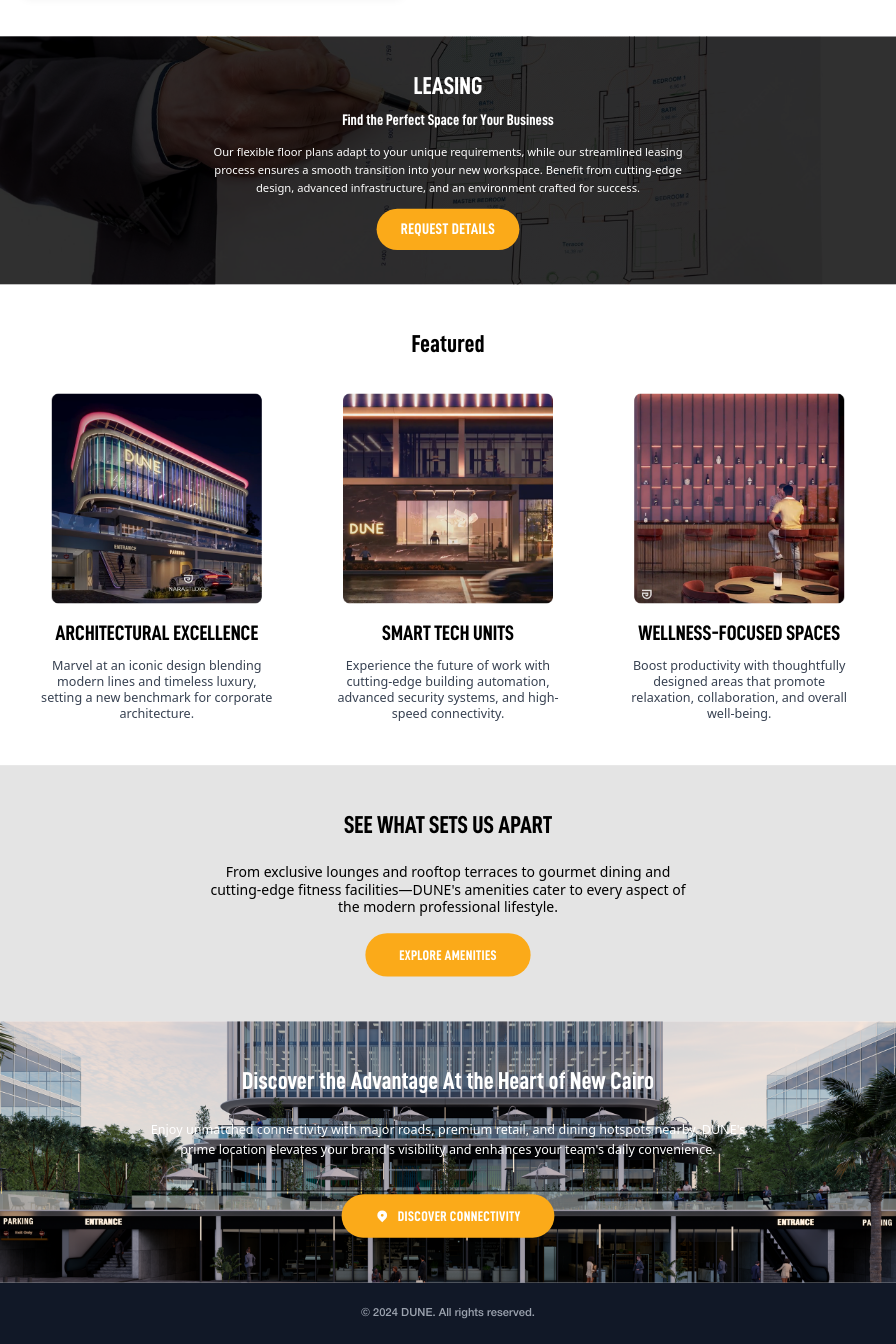
Repository: ahmedassr5765/dune
Page: index.html
An editor plug-in stored every save of this project. The page is shown before and after a run of saves, followed by the edit.
The browser window is 1280 px wide. The pictures show the part of the page from y = 2053 to 3973 px (the page is 3973 px tall), at 70% of full size.
Some web libraries are served in a nearby version.

Above is the page before, as saved 2025-07-12 19:11:15.

After the next 2 saves:
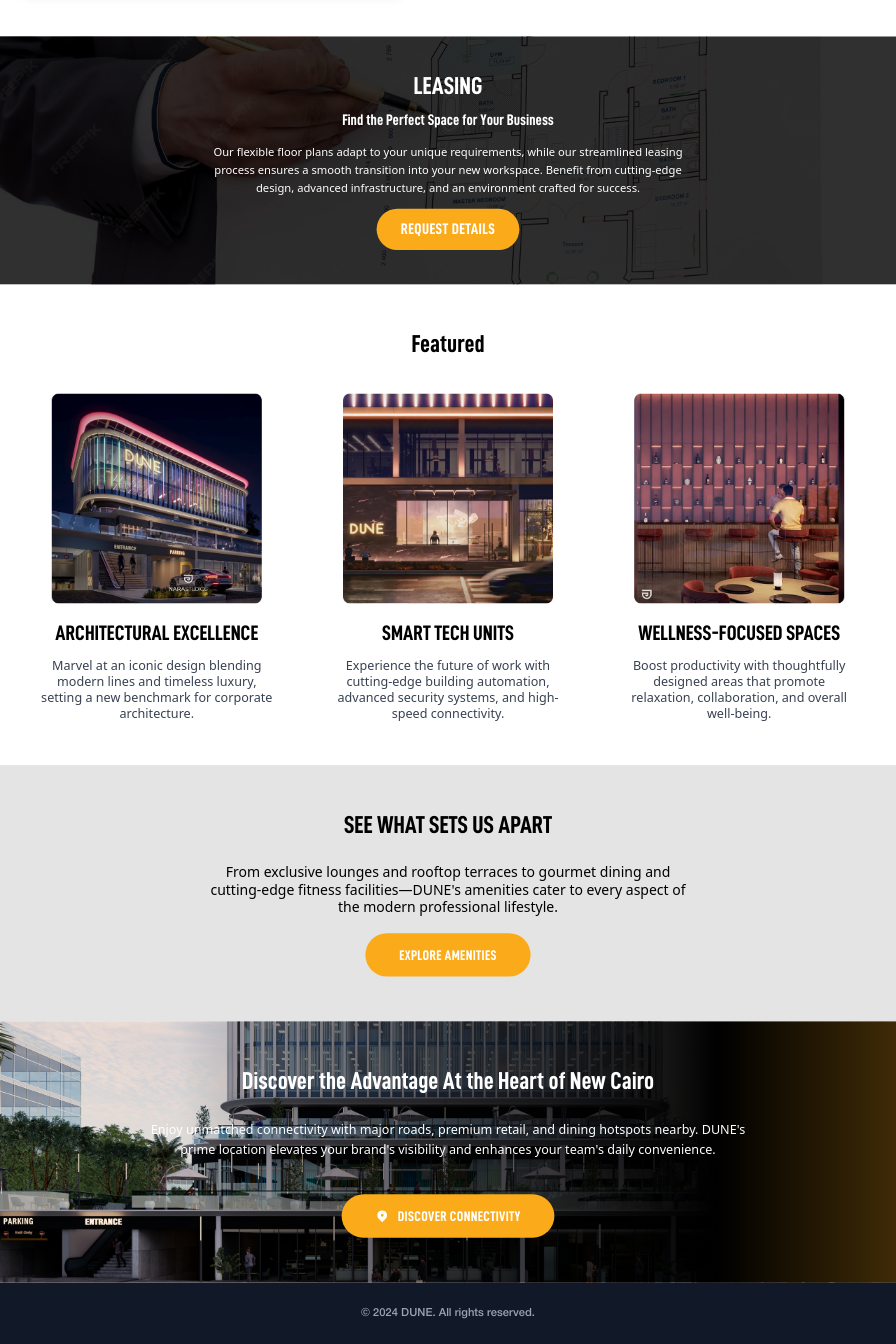
The 2 saves are shown as one change because they came seconds apart.
The last was saved 6 s later.
--- a/index.html
+++ b/index.html
@@ -400,7 +400,7 @@
     <section class="max-w-[1440px] mx-auto relative h-[373px] bg-cover bg-center bg-no-repeat" style="background-image: url('/images/discover.png');">
 
         <!-- Gradient Overlay -->
-        <div class="absolute inset-0" style="background: linear-gradient(to right, transparent 100%, #000000 80%, #FBAA19 160%);"></div>
+        <div class="absolute inset-0" style="background: linear-gradient(to right, transparent 20%, #000000 80%, #FBAA19 160%);"></div>
 
         <!-- Content -->
         <div class="relative z-10 h-full flex flex-col justify-center items-center text-center px-4 sm:px-6 lg:px-8">
